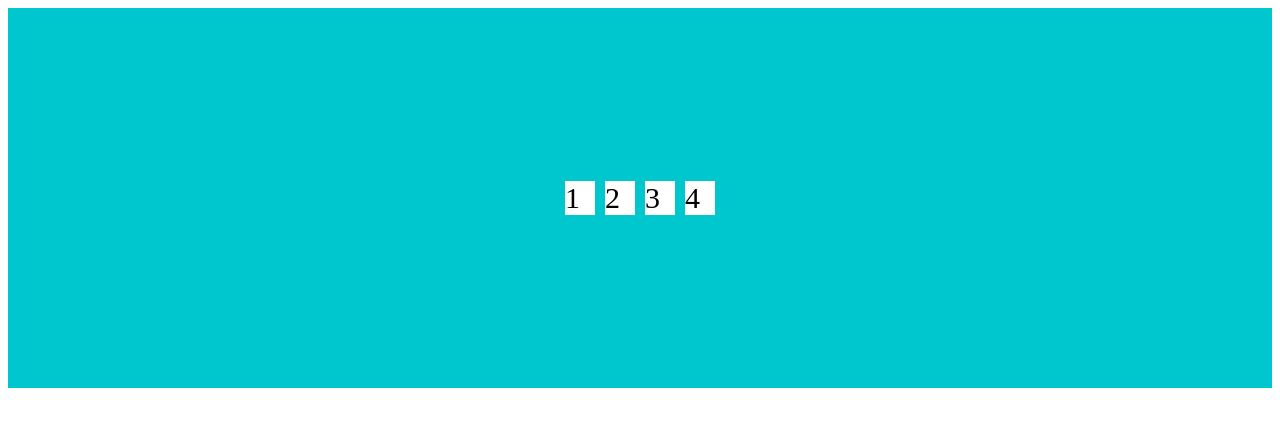
Repository: yuu2310/dmm-webcamp
Page: flex/flex.html
The author's editor kept a record of every edit. The page is drawn from the files as they stood at one moment, then again after the next edit.
The browser window is 1280 px wide. The pictures show the whole page.

Above is the page before.

### flex/flex.html
<!DOCTYPE html>
<html lang="ja">
  <head>
    <meta charset="UTF-8" />
    <link rel="stylesheet" href="style.css" />
    <title>flexbox</title>
  </head>
  <body>
    <div class="flex">
      <div>1</div>
      <div>2</div>
      <div>3</div>
      <div>4</div>
    </div>
  </body>
</html>

### flex/style.css
.flex {
  background-color: #00c7ce;
  height: 50vh;
  padding: 10px;
  display: flex;
  justify-content: center;
  align-items: center;
  flex-wrap: wrap;
  align-content: stretch;
}

.flex > div {
  background-color: #fff;
  width: 30px;
  margin: 5px;
  font-size: 30px;
}

.flex > div:nth-child(1) {
  order: 0;
}

.flex > div:nth-child(2) {
  order: 1;
}
.flex > div:nth-child(3) {
  order: 2;
}
.flex > div:nth-child(4) {
  order: 2;
}

After the next edit:
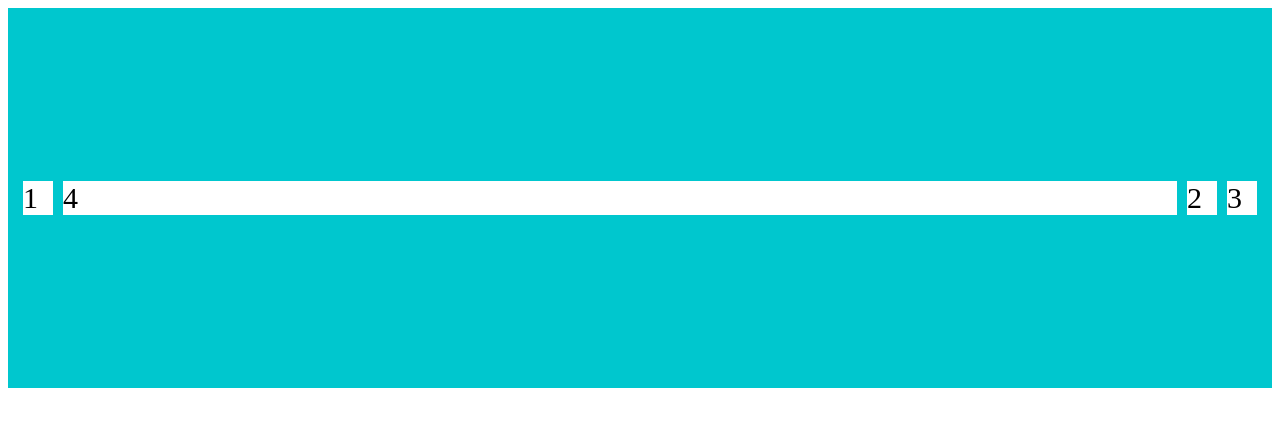
The edit:
--- a/flex/style.css
+++ b/flex/style.css
@@ -27,5 +27,5 @@
   order: 2;
 }
 .flex > div:nth-child(4) {
-  order: 2;
+  flex-grow: 3;
 }
